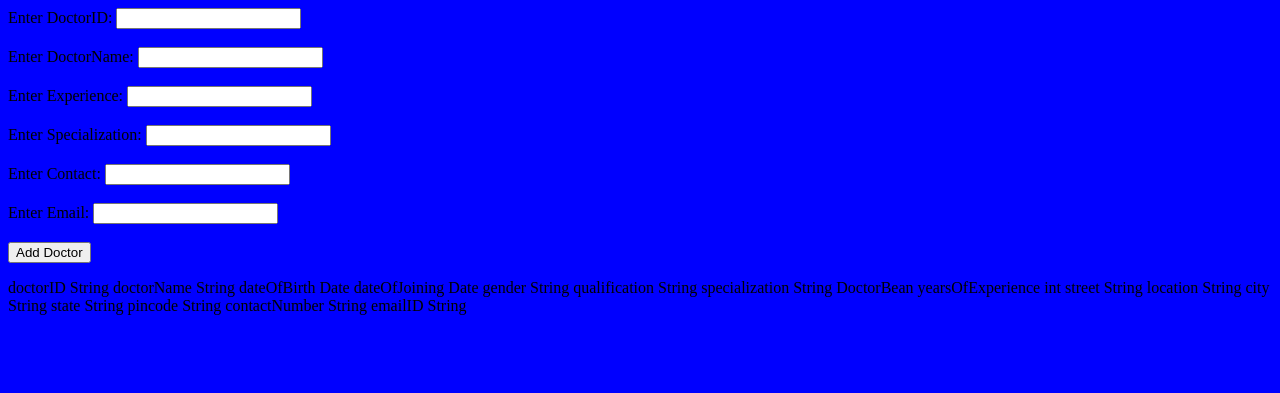
Repository: Pravinkumar-Raja/SpringProjects
Page: http://localhost/Spring-Web/WEB-INF/views/AddDoctor.jsp
An editor plug-in stored every save of this project. The page is shown before and after the next save, followed by the edit.
The browser window is 1280 px wide. The pictures show the whole page.
The page is served by Tomcat 9. Nobody is signed in. The template is opened directly, without the code that normally fills it, so the values that code supplies are empty.

Above is the page before, as saved 2025-11-24 08:08:26.

After the next save:
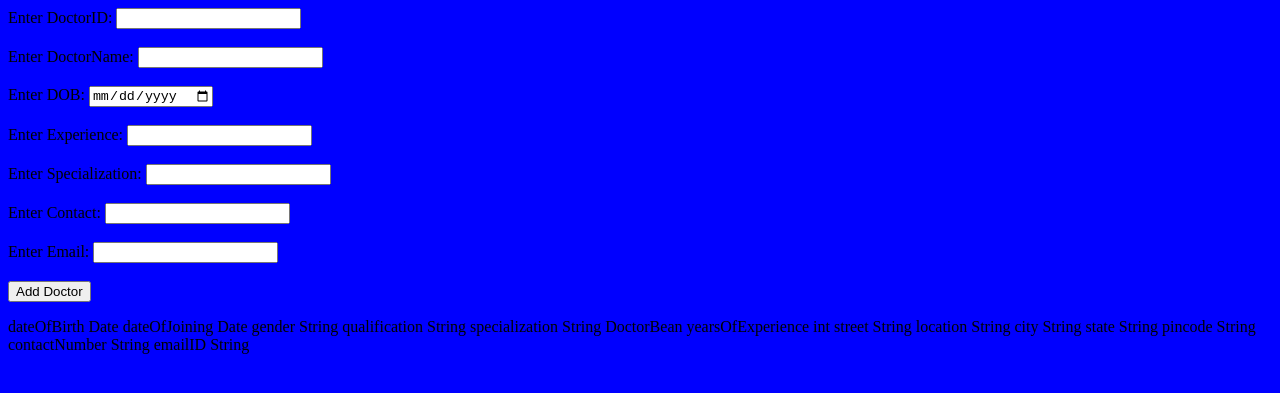
Saved 41 s later.
--- a/Spring-Web/src/main/webapp/WEB-INF/views/AddDoctor.jsp
+++ b/Spring-Web/src/main/webapp/WEB-INF/views/AddDoctor.jsp
@@ -3,6 +3,7 @@
 		<form action="./addDoctor" method="post">
 			Enter DoctorID: <input type="text" name="doctorID"/><br><br>
 			Enter DoctorName: <input type="text" name="doctorName"/><br><br>
+			Enter DOB: <input type="date" name="dob"/><br><br>
 			Enter Experience: <input type="number" name="experience"/><br><br>
 			Enter Specialization: <input type="text" name="specialization"/><br><br>
 			Enter Contact: <input type="number" name="contact"/><br><br>
@@ -12,9 +13,6 @@
 	</body>
 </html>
 
-doctorID String
-
- doctorName String
 
  dateOfBirth Date
 
